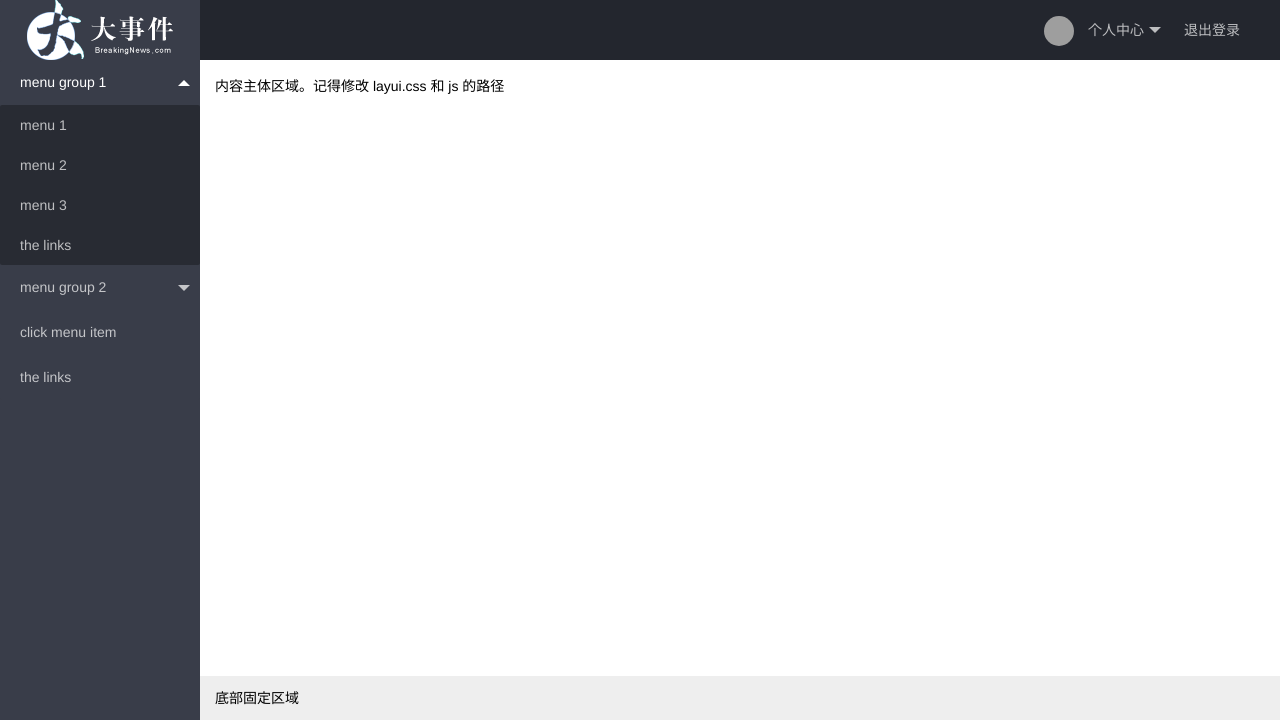
Repository: R1Deemo/Main-project
Page: index.html
An editor plug-in stored every save of this project. The page is shown before and after the next save, followed by the edit.
The browser window is 1280 px wide. The pictures show the whole page.
Pictures or frames that could not be fetched are drawn as grey boxes.

Above is the page before, as saved 2022-10-30 17:15:31.

After the next save:
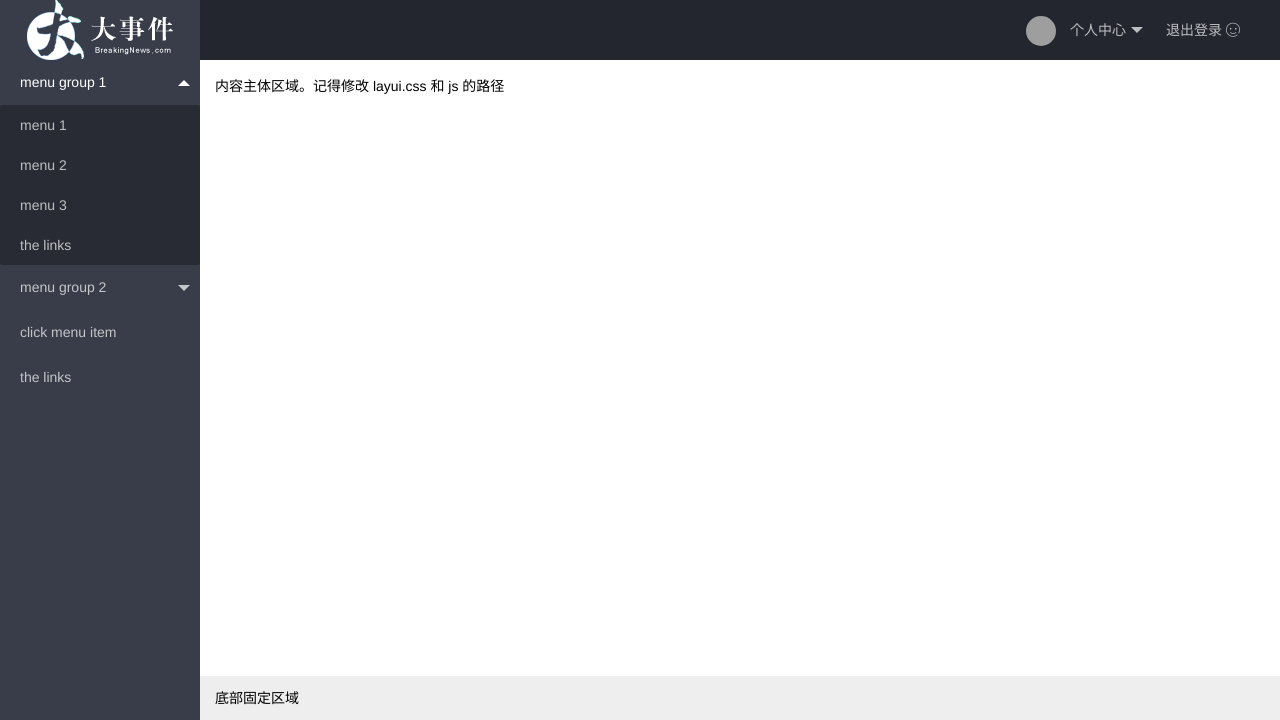
Saved 84 s later.
--- a/index.html
+++ b/index.html
@@ -44,6 +44,7 @@
                 <li class="layui-nav-item" lay-header-event="menuRight" lay-unselect>
                     <a href="javascript:;">
                         <i class="layui-icon layui-icon-logout">退出登录</i>
+                        <i class="layui-icon layui-icon-face-smile"></i>
                     </a>
                 </li>
             </ul>

After the save that followed:
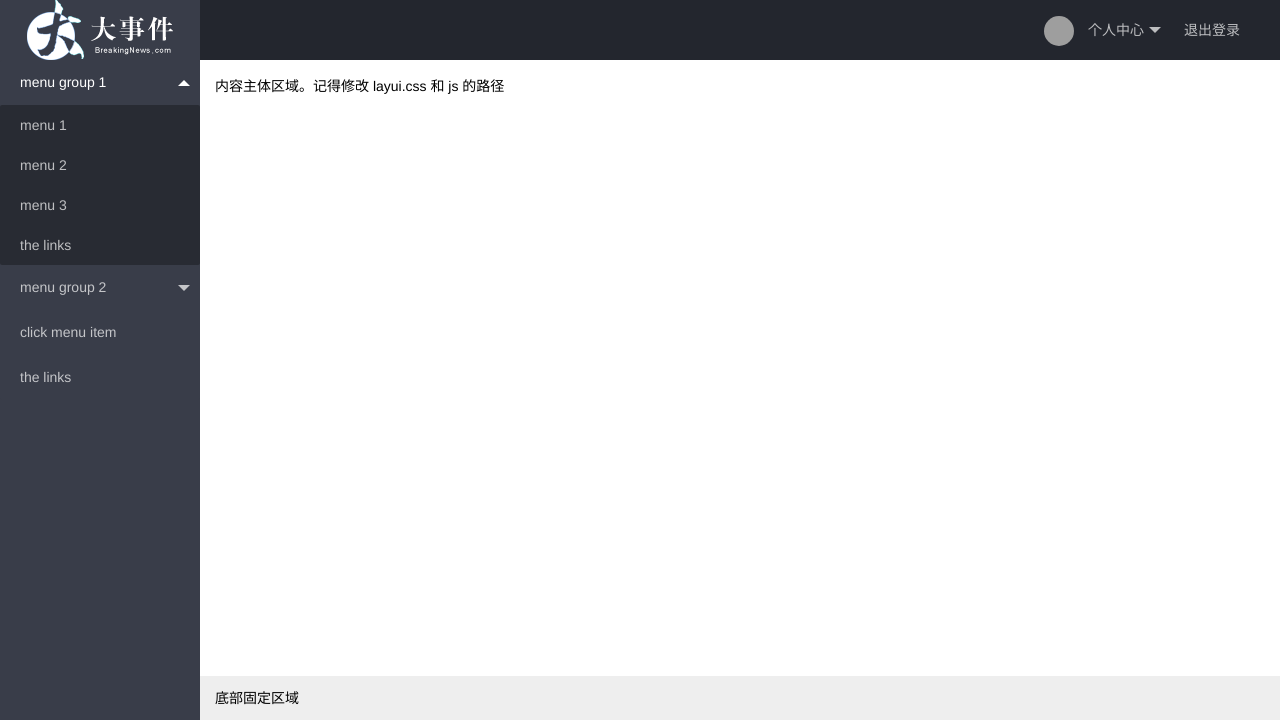
Saved 24 s later.
--- a/index.html
+++ b/index.html
@@ -44,7 +44,7 @@
                 <li class="layui-nav-item" lay-header-event="menuRight" lay-unselect>
                     <a href="javascript:;">
                         <i class="layui-icon layui-icon-logout">退出登录</i>
-                        <i class="layui-icon layui-icon-face-smile"></i>
+                        <i class="layui-icon layui-icon-logout"></i>
                     </a>
                 </li>
             </ul>
